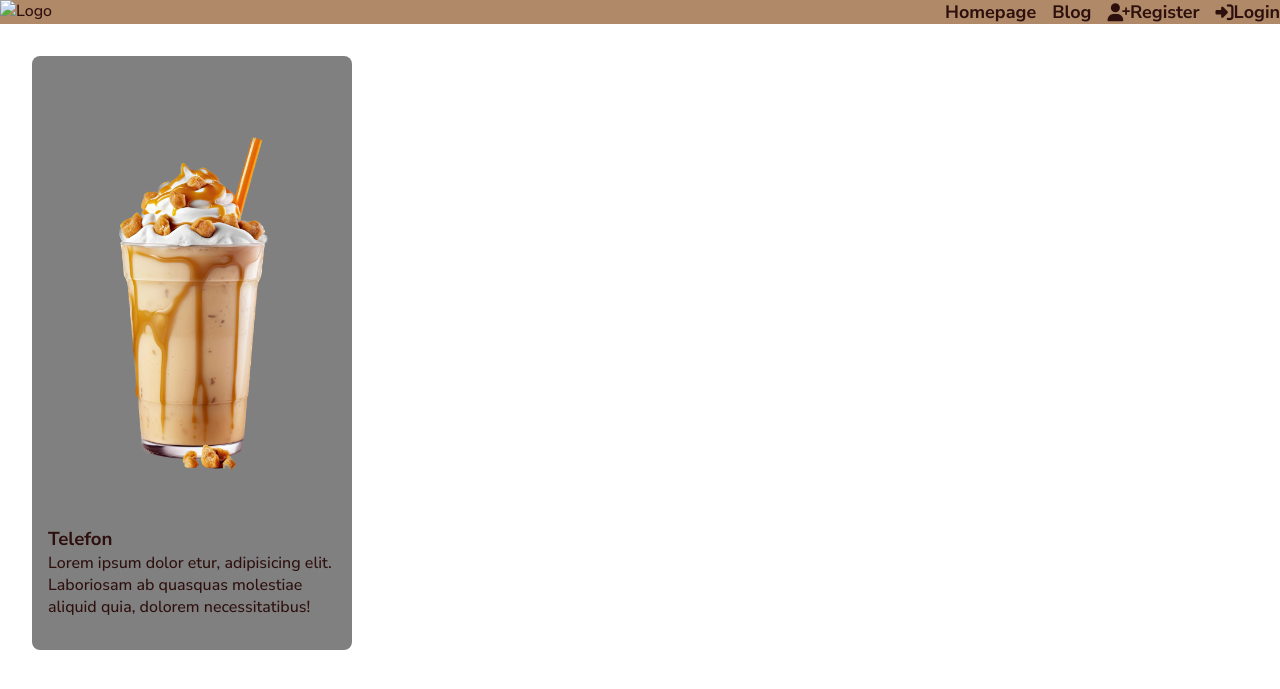
Repository: liviamucioniu/Coffee-Shop-Website
Page: index.html
The author's editor kept a copy of each file at every save. The page is drawn from the files as they stood at one save, then again after the next save.
The browser window is 1280 px wide. The pictures show the whole page.

Above is the page before, as saved 2023-10-20 17:21:41.

After the next save:
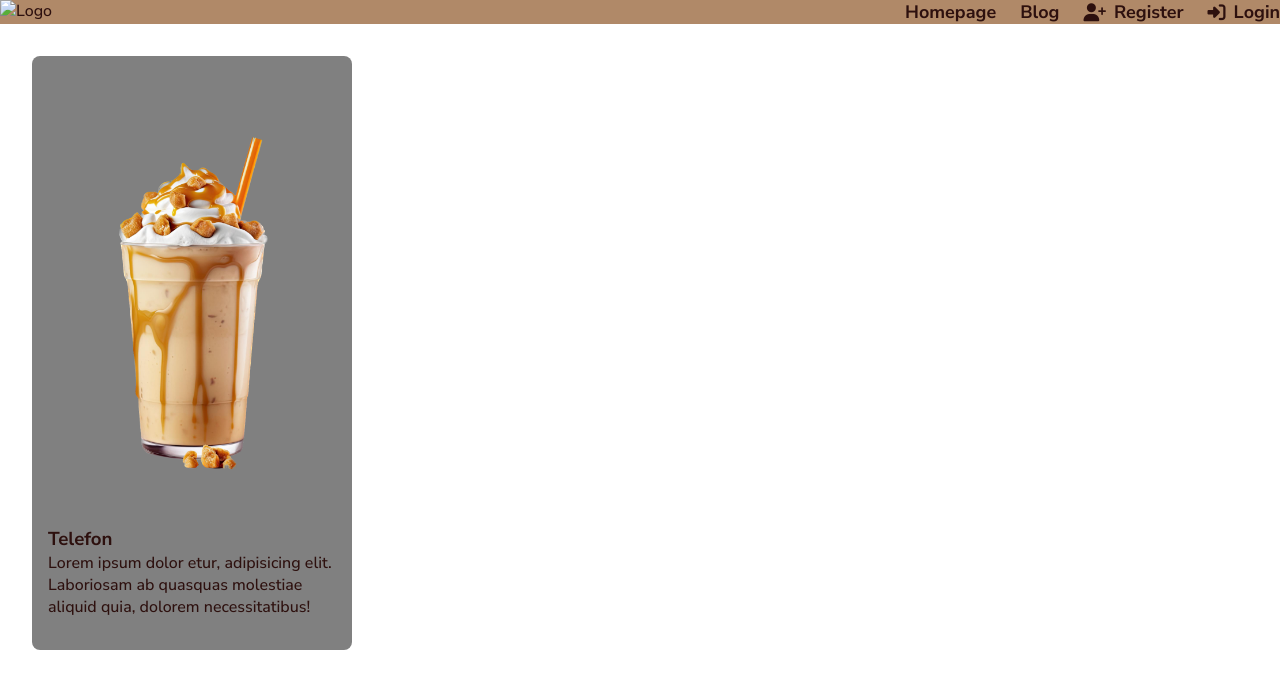
Saved 25 s later.
--- a/styles.css
+++ b/styles.css
@@ -41,7 +41,7 @@ body {
 #header .navigation {
     display: flex;
     align-items: center;
-    gap: 1rem;
+    gap: 1.5rem;
 }
 
 #header .navigation .link {
@@ -54,6 +54,7 @@ body {
 #header .navigation .link.button {
     display: flex;
     align-items: center;
+    gap: 0.5rem;
 }
 
 #header .navigation .link:hover {
